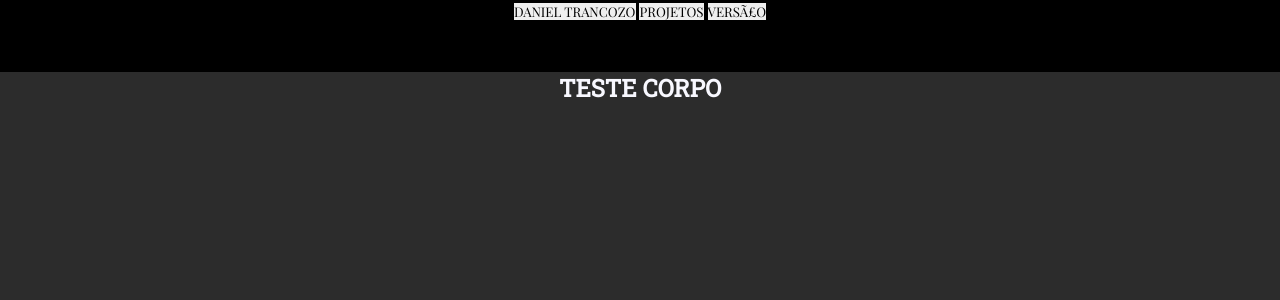
Repository: danieltrancozo/danieltrancozo.github.io
Page: index.html
These files come from the project's save history. The page is drawn as it stood at one moment and after the next save; the edit follows.
The browser window is 1280 px wide. The pictures show the whole page.

Above is the page before, as saved 2021-05-04 23:20:13.

### index.html
<!DOCTYPE html>
<meta charset="UFT-8">
<meta name="lenguage" content="pt-br">
<meta name="autor" content="Daniel Trancozo Vianna">
<meta name="description" content="Portifolio de Desenvolvedor Web">
<meta name="keywords" content="HTML, CSS, JS, web development, portifolio">
<html>

<head>
    <title>Minha P&aacutegina</title>
    <link rel="stylesheet" type="text/css" href="css/estilo3.css">
    <link rel="preconnect" href="https://fonts.gstatic.com">
    <link href="https://fonts.googleapis.com/css2?family=Playfair+Display&family=Roboto+Slab&display=swap" rel="stylesheet">
    <script>
    </script>
</head>
<body>
    <div class="container">
        <div class="cab">
            <nav class="menu">
                <ul>
                    <li><button>daniel trancozo</button></li>
                    <li><button>projetos</button></li>
                    <li><button>versão</button></li>
                </ul>
            </nav>
        </div>
        <div class="corp">
            <h2 style="text-transform: uppercase;">teste corpo</h2>
        </div>
    </div>
    <div class="t2"></div>
</body>
</html>

### css/estilo3.css
@import url('https://fonts.googleapis.com/css2?family=Playfair+Display&family=Roboto+Slab&display=swap');
* {
    margin: 0;
    padding: 0;
}
body{
    background-color: rgba(0, 0, 0, 0.863);
    color: antiquewhite;
    text-align: center;
}
.container{
    background-color: transparent;
    display: flex;
    flex-direction: column;
}
.cab{
    background-color: black;
    color: silver;
    font-family: 'Playfair Display', serif;
    height: 10%;
    width: 100%;
    position: absolute;
}
.corp{
    background-color: rgb(44, 44, 44);
    color: ghostwhite;
    font-family: 'Roboto Slab', serif;
    height: 90%;
    width: 100%;
    position: absolute;
    top: 10%;
}
.t2{
    background-color: transparent;
    width: 100%;
    height: 100%;
    visibility: hidden;
}
.manu ul{
    text-align: center;
    border-color: transparent;
    list-style: none;
}
.menu ul li{
    display: inline;
}
.menu ul li button{
    border: none;
    text-transform: uppercase;
    font-family: 'Playfair Display', serif;
}

After the next save:
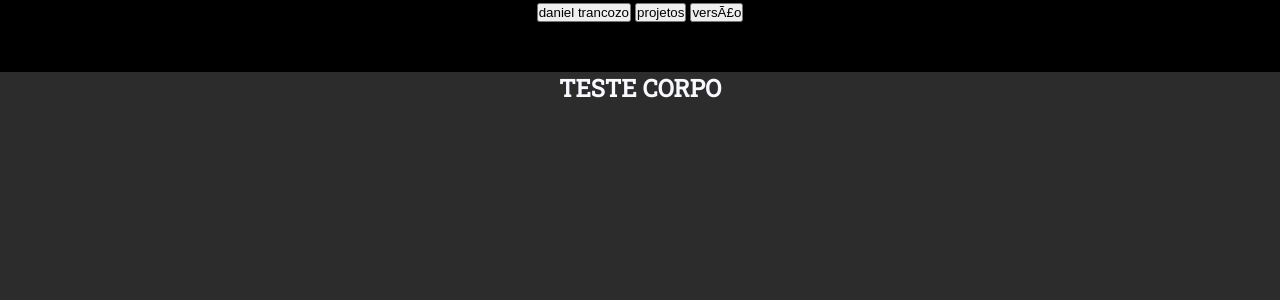
Saved 60 s later.
--- a/css/estilo3.css
+++ b/css/estilo3.css
@@ -44,8 +44,7 @@ body{
 .menu ul li{
     display: inline;
 }
-.menu ul li button{
-    border: none;
+.menu ul li h1{
     text-transform: uppercase;
     font-family: 'Playfair Display', serif;
 }
